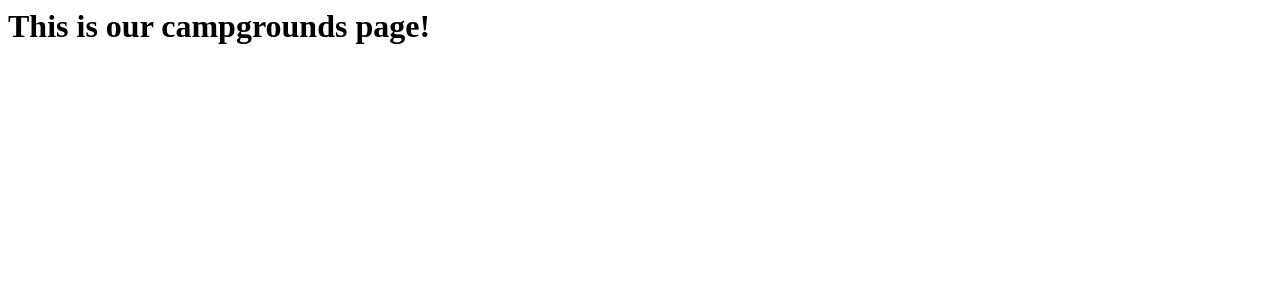
Repository: manojsatya/YelpCamp
Page: http://localhost/campgrounds
The author's editor kept a copy of each file at every save. The page is drawn from the files as they stood at one save, then again after the next save.
The browser window is 1280 px wide. The pictures show the whole page.
The page is served by the project's Node server (app.js).

Above is the page before, as saved 2019-06-13 21:55:56.

After the next save:
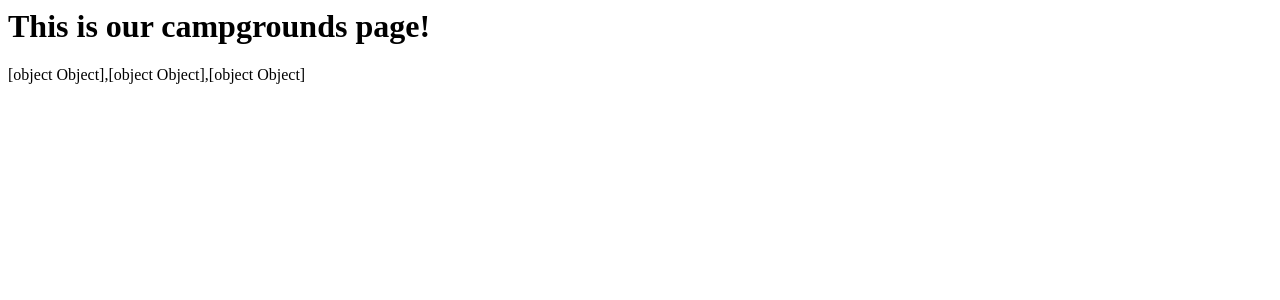
Saved 19 s later.
--- a/views/campgrounds.ejs
+++ b/views/campgrounds.ejs
@@ -1 +1,3 @@
 <h1>This is our campgrounds page!</h1>
+
+<%= campgrounds %>
